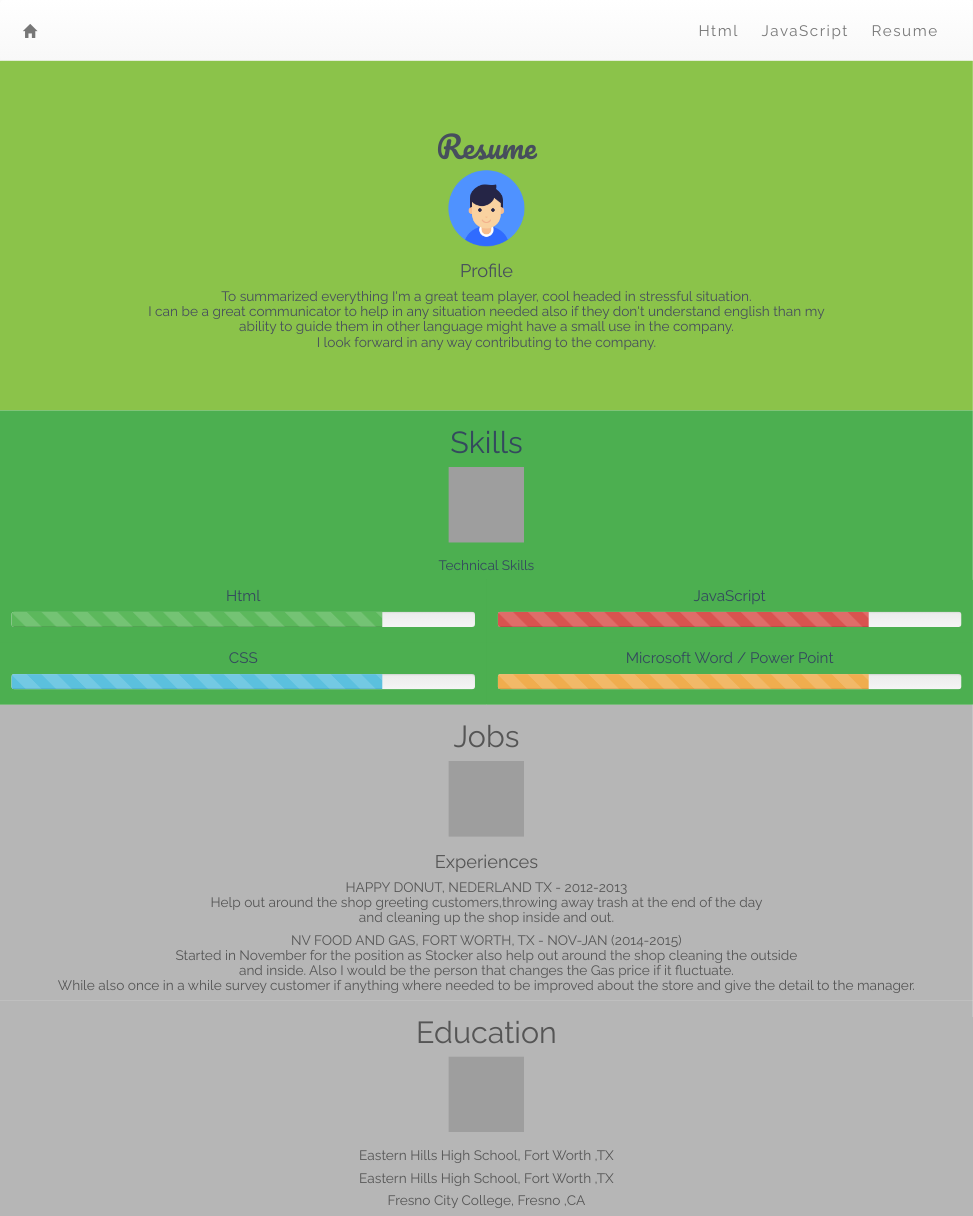
Repository: Milineam6162/workspace
Page: Resume/resume.html
The author's editor kept a record of every edit. The page is drawn from the files as they stood at one moment, then again after the next edit.
The browser window is 1280 px wide. The pictures show the whole page, at 76% of full size.
Pictures or frames that could not be fetched are drawn as grey boxes. Some web libraries are served in a nearby version.

Above is the page before.

After the next edit:
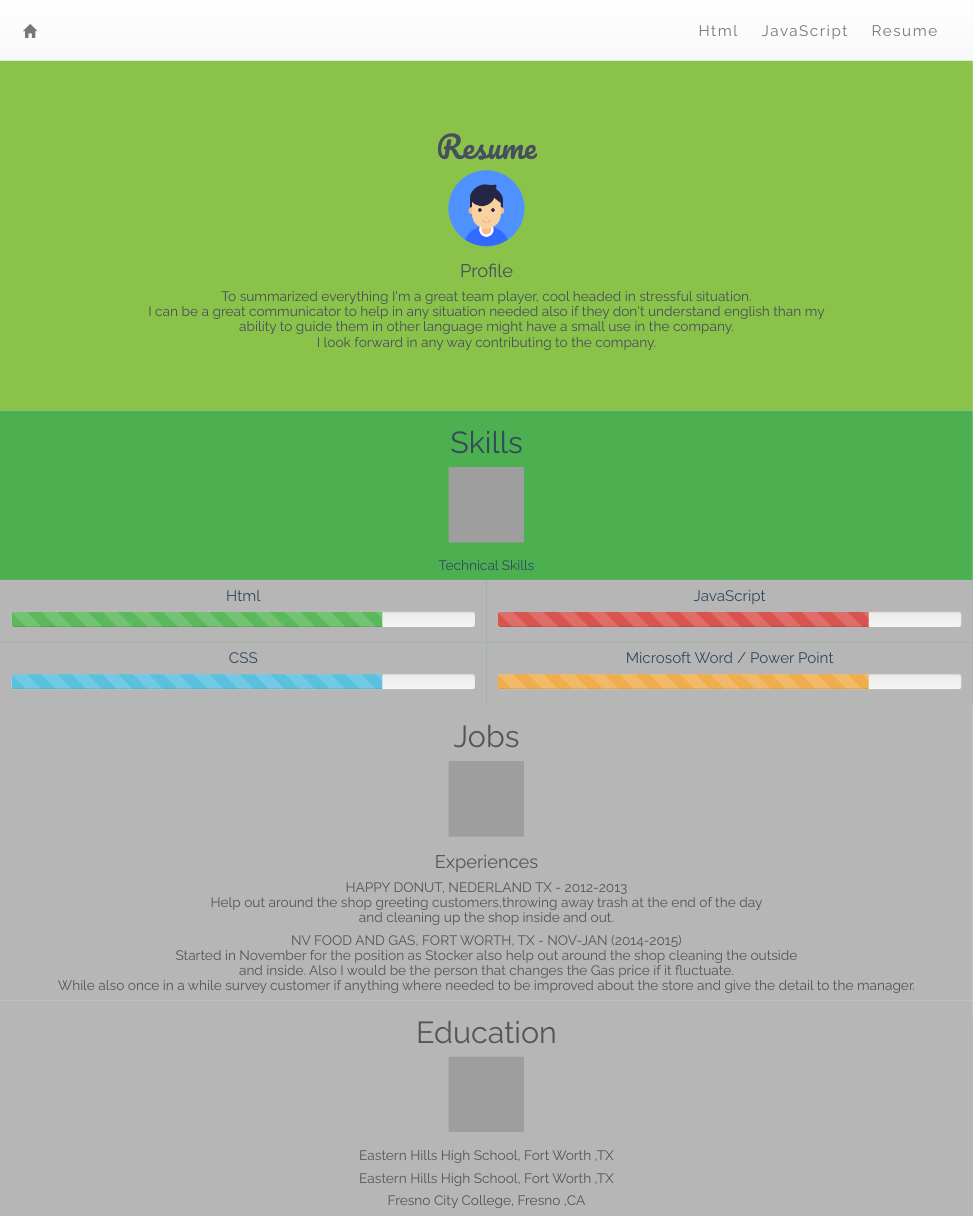
The edit:
--- a/Resume/resume.css
+++ b/Resume/resume.css
@@ -37,7 +37,7 @@
 
 }
 .col-md-6 {
-      background-color: #4CAF50; /* Dark Blue */
+      background-color: #B6B6B6; /* Dark Blue */
       color: #34495e;
       font-family:'Raleway', 'helvetica';
 
